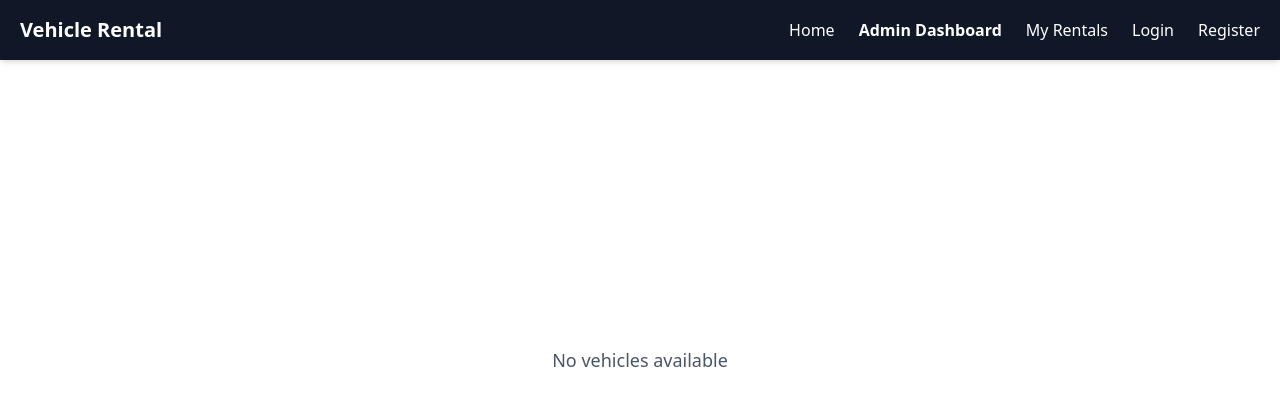
Repository: Sugan-g/vehicle-rental-system
Page: / (app in frontend/)
An editor plug-in stored every save of this project. The page is shown before and after the next save, followed by the edit.
The browser window is 1280 px wide. The pictures show the whole page.
The page's requests for data from a server got no answer. The project was rebuilt for these pictures with package versions that can differ from the ones it lists, and the page was loaded fresh each time. No one was signed in, and anything a server would have sent is missing. Also part of the build but not shown: frontend/vite.config.js, frontend/src/components/VehicleCard.jsx, frontend/src/components/BookingForm.jsx, frontend/src/components/ReviewForm.jsx, frontend/src/pages/VehiclePage.jsx, frontend/src/pages/LoginPage.jsx, frontend/src/pages/RegisterPage.jsx, frontend/src/pages/RentalHistoryPage.jsx and 5 more.

Above is the page before, as saved 2025-11-03 10:40:45.

After the next save:
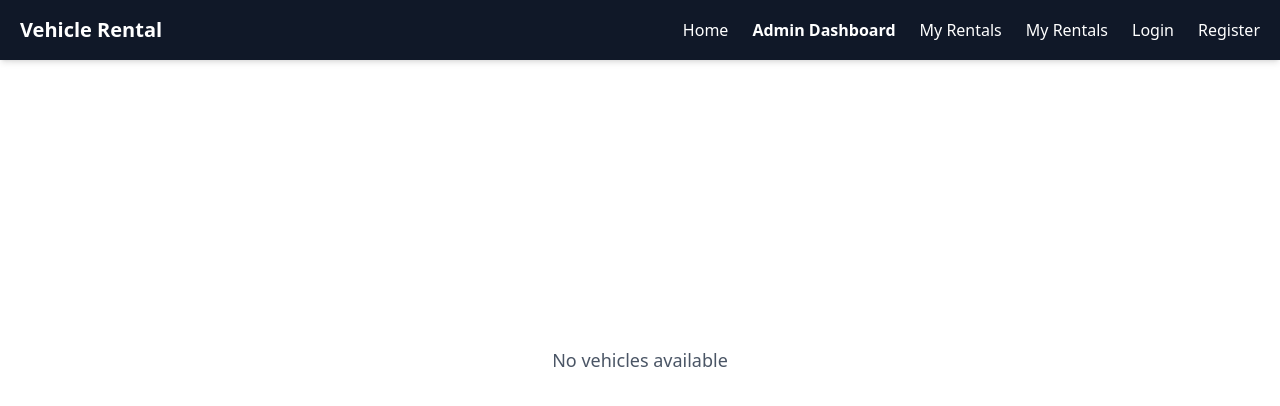
Saved 23 min 28 s later.
--- a/frontend/src/components/Navbar.jsx
+++ b/frontend/src/components/Navbar.jsx
@@ -48,6 +48,7 @@ export default function Navbar() {
             </Link>
 
 
+         <Link to="/rental-history">My Rentals</Link>
          <Link to="/rental-history">My Rentals</Link>
 
           {isLoggedIn ? (
